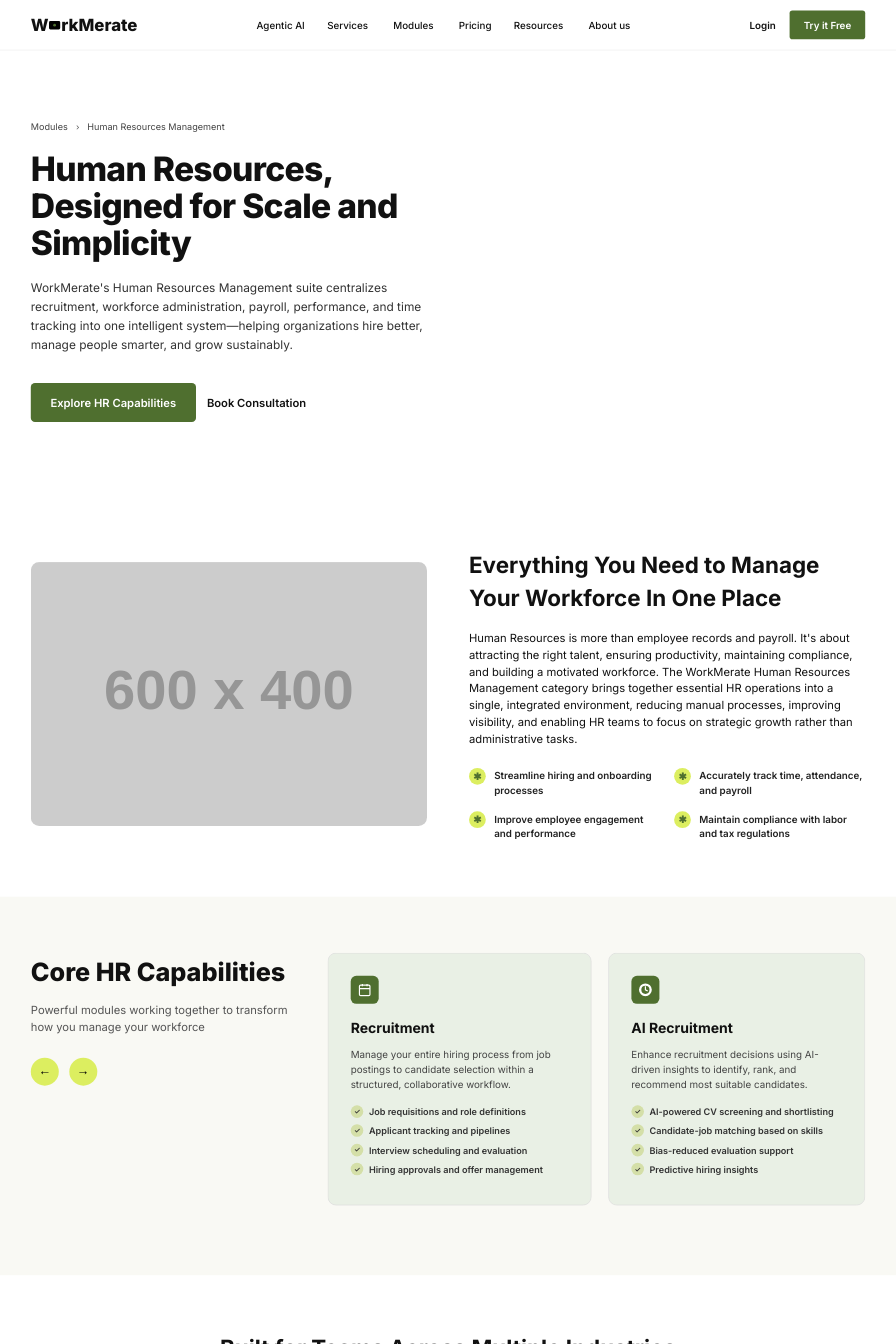
Repository: Opawumi/work_merate
Page: hr.html
An editor plug-in stored every save of this project. The page is shown before and after the next save, followed by the edit.
The browser window is 1280 px wide. The pictures show the part of the page from y = 0 to 1920 px (the page is 4039 px tall), at 70% of full size.

Above is the page before, as saved 2026-02-02 19:19:26.
Not found: assets/hr-hero-bg.png

After the next save:
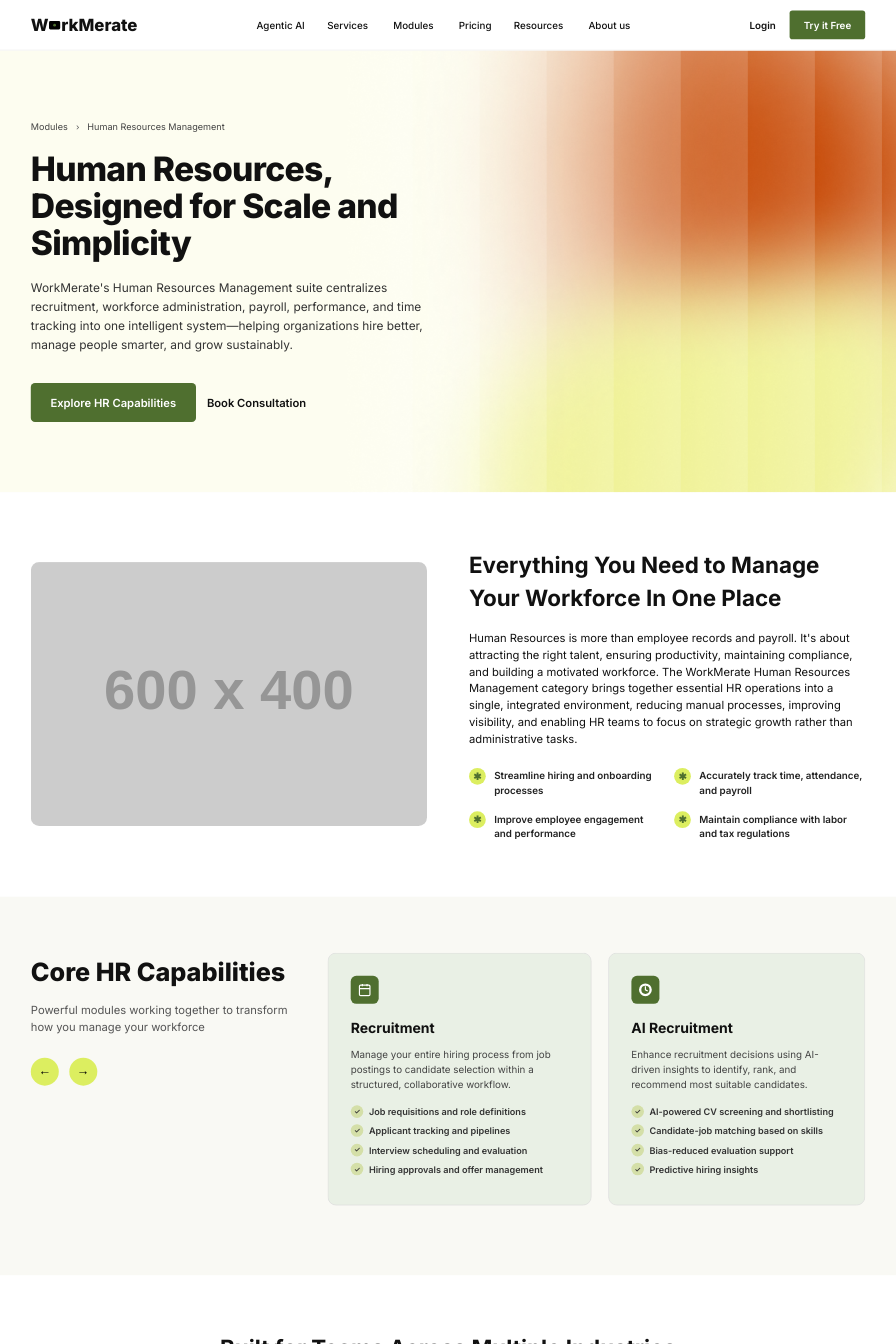
Saved 24 s later.
--- a/hr.css
+++ b/hr.css
@@ -151,7 +151,7 @@
 
 /* --- 1. Hero Section --- */
 .hero-hr {
-  background: url("./assets/hr-hero-bg.png") no-repeat center/cover;
+  background: url("./assets/hr-hero.png") no-repeat center/cover;
   position: relative;
   padding: 100px 0;
   overflow: hidden;
